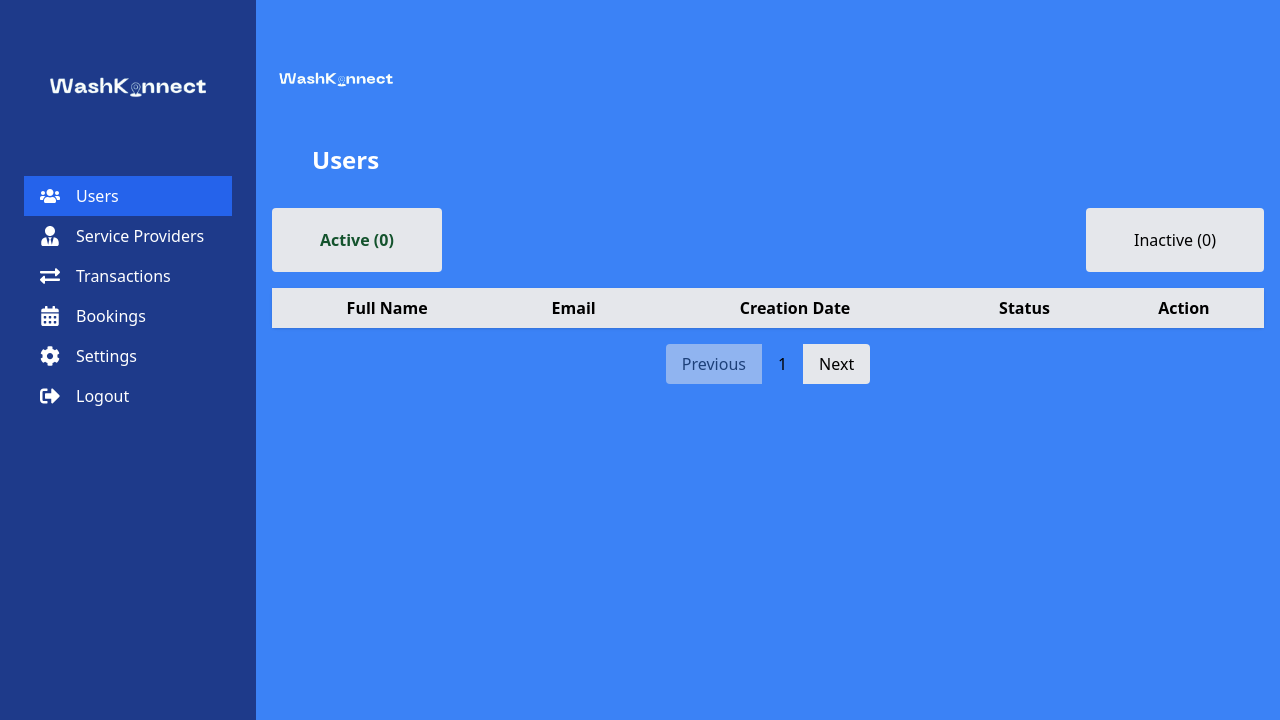
Repository: TEKVOLUTION-LTD/Admin-washKonnect
Page: /dashboard/users (app in Admin-WashKonnect/)
These files come from the project's save history. The page is drawn as it stood at one moment and after the next save; the edit follows.
The browser window is 1280 px wide. The pictures show the whole page.
The page's requests for data from a server got no answer. The project was rebuilt for these pictures with package versions that can differ from the ones it lists, and the page was loaded fresh each time. No one was signed in, and anything a server would have sent is missing. Also part of the build but not shown: Admin-WashKonnect/vite.config.js, Admin-WashKonnect/src/pages/LoginPage.jsx, Admin-WashKonnect/src/pages/ServiceProviderPage.jsx, Admin-WashKonnect/src/pages/TransactionsPage.jsx, Admin-WashKonnect/src/pages/BookingsPage.jsx, Admin-WashKonnect/src/pages/SettingsPage.jsx, Admin-WashKonnect/src/pages/LogoutPage.jsx, Admin-WashKonnect/src/pages/ServiceProviderProfile.jsx and 1 more.

Above is the page before, as saved 2024-11-25 14:51:44.

After the next save:
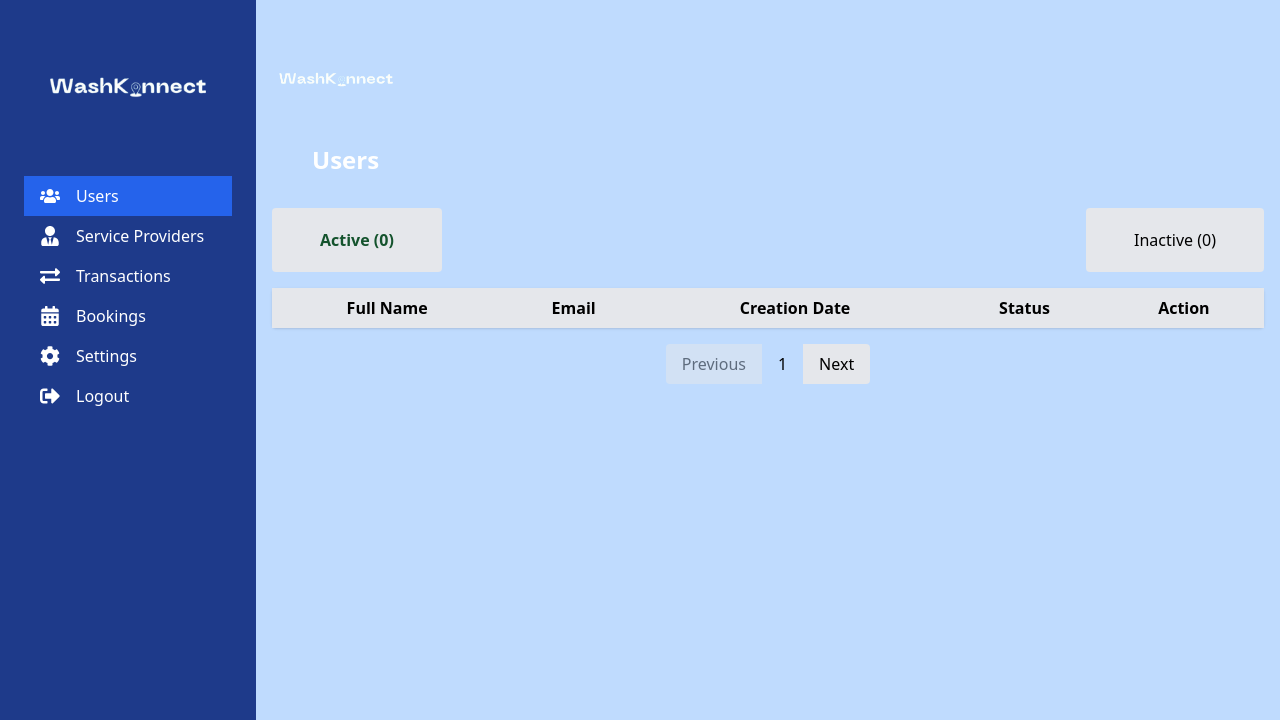
Saved 12 s later.
--- a/Admin-WashKonnect/src/pages/Dashboard.jsx
+++ b/Admin-WashKonnect/src/pages/Dashboard.jsx
@@ -12,7 +12,7 @@ const Dashboard = () => {
   return (
     <div className="flex h-screen ">
       <Sidebar />
-      <div className="flex-1 bg-blue-500 p-4 overflow-auto ">
+      <div className="flex-1 bg-blue-200 p-4 overflow-auto ">
         <Routes>
           <Route path="users" element= {<UserPage />} />
           {/* <Route path="users" element= {<UserPage />} /> */}
